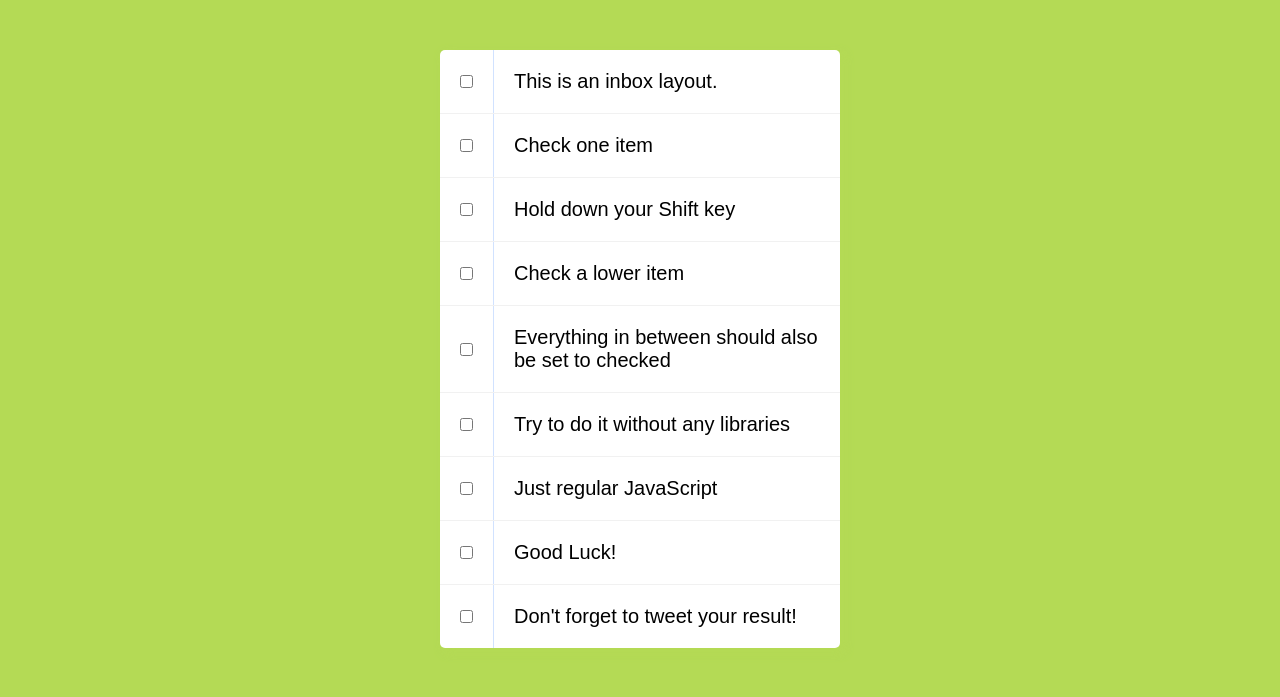
Repository: Freezler/Shift-Select-Checkboxes
Page: index.html
The author's editor kept a copy of each file at every save. The page is drawn from the files as they stood at one save, then again after the next save.
The browser window is 1280 px wide. The pictures show the whole page.

Above is the page before, as saved 2024-09-07 21:15:51.

After the next save:
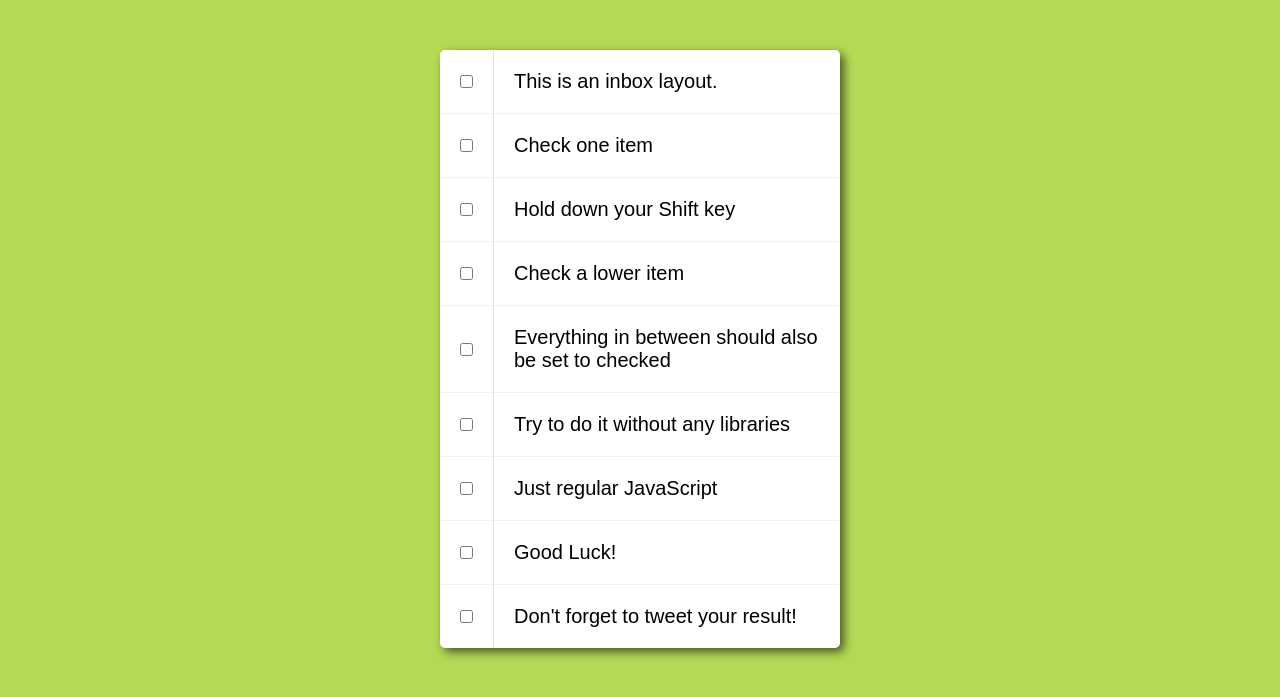
Saved 8 s later.
--- a/index.html
+++ b/index.html
@@ -21,7 +21,7 @@
       margin: 50px auto;
       background: white;
       border-radius: 5px;
-      box-shadow: 4px 4px 10px rgba(180, 218, 85, 0.947);
+      box-shadow: 4px 4px 10px rgba(66, 79, 32, 0.947);
     }
 
     .item {
